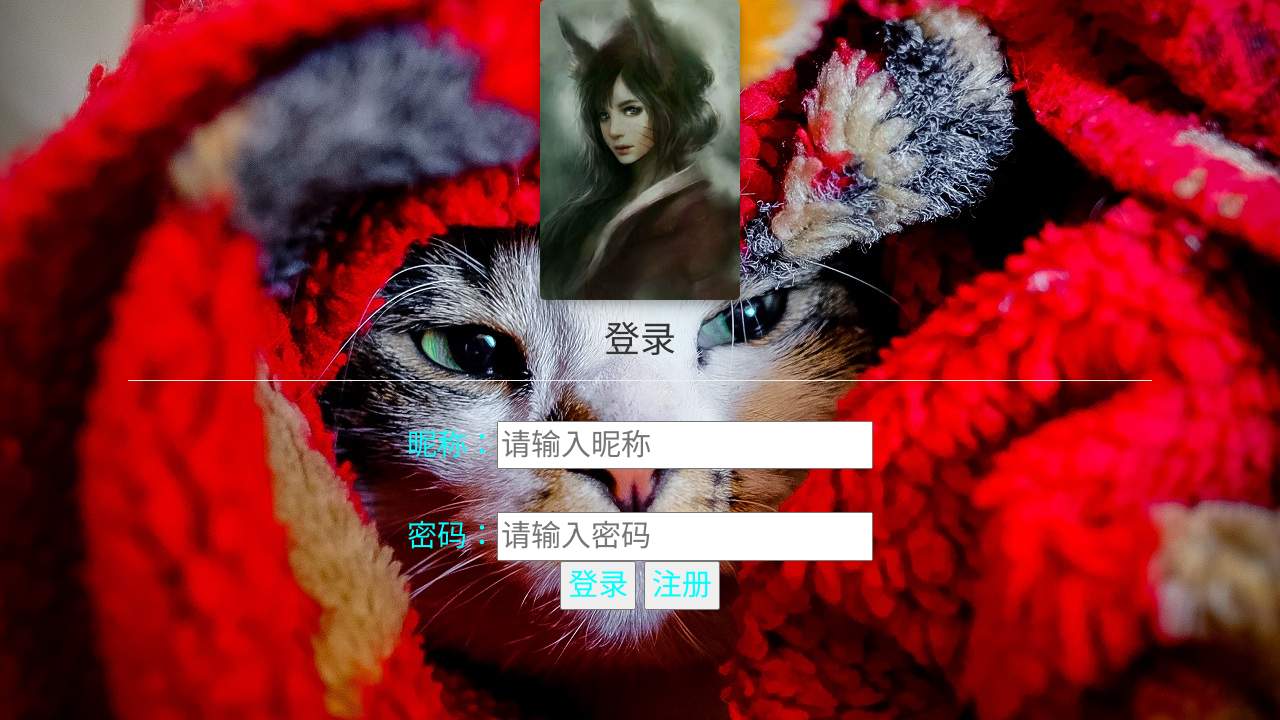
Repository: JuniorProjectTraining/free
Page: http://localhost/emss/login.jsp
An editor plug-in stored every save of this project. The page is shown before and after the next save, followed by the edit.
The browser window is 1280 px wide. The pictures show the whole page.
Some web libraries are served in a nearby version. The page is served by Tomcat 9. Other server files are loaded and not shown.

Above is the page before, as saved 2019-12-25 13:54:46.

### emss/src/main/webapp/login.jsp
<%@ page language="java" contentType="text/html; charset=UTF-8"
	pageEncoding="UTF-8"%>
<!DOCTYPE html>
<html>
<head>
<meta charset="UTF-8">
<title>Insert title here</title>

<meta http-equiv="X-UA-Compatible" content="IE=edge">
<meta name="viewport" content="width=device-width, initial-scale=1">
<!-- 上述3个meta标签*必须*放在最前面，任何其他内容都*必须*跟随其后！ -->
<script src="https://cdn.staticfile.org/jquery/1.10.2/jquery.min.js"></script>

<!-- Bootstrap -->

<link
	href="https://cdn.jsdelivr.net/npm/bootstrap@3.3.7/dist/css/bootstrap.min.css"
	rel="stylesheet">

<style type="text/css">
body {
	margin: 0;
	height: 100vh;
}

.nn, .nn input {
	font-family: "楷体";
	font-size: 30px;
	color: cyan;
}

#n {
	box-shadow: 0 4px 8px 0 rgba(0, 0, 0, 0.2), 0 6px 20px 0
		rgba(0, 0, 0, 0.19);
	width: 200px;
	height: 300px;
	border-radius: 32px;
	border-radius: 5px;
	cursor: pointer;
	transition: 0.3s;
}

#beijing {
	background-image: url(./image/parallex.jpg);
	background-size: 100%;
	background-repeat: no-repeat;
	height: 100%;
	text-align: center;
}
</style>
</head>
<body>
	<div id="beijing">
		<img id="n" src="./image/ali_27.jpeg">
		<h1 Style="text-align: center;">登录</h1>
		<hr width="80%">

		<form style="text-align: center;"
			action="${pageContext.request.contextPath }/EmpServlet?cmd=login"
			method="post">
			<br>
			<p class="nn">
				昵称：<input id="username" name="nickname" placeholder="请输入昵称" />
				<br>
				<br>
				密码：<input type="password" id="password" name="password"
					placeholder="请输入密码"/ >
					<br>
					<input type = "submit" value = "登录">
					<input type = "submit" value = "注册">
			</p>
		</form>
	</div>

	<script
		src="https://cdn.jsdelivr.net/npm/jquery@1.12.4/dist/jquery.min.js"></script>
	<!-- 加载 Bootstrap 的所有 JavaScript 插件。你也可以根据需要只加载单个插件。 -->
	<script
		src="https://cdn.jsdelivr.net/npm/bootstrap@3.3.7/dist/js/bootstrap.min.js"></script>

</body>
</html>

After the next save:
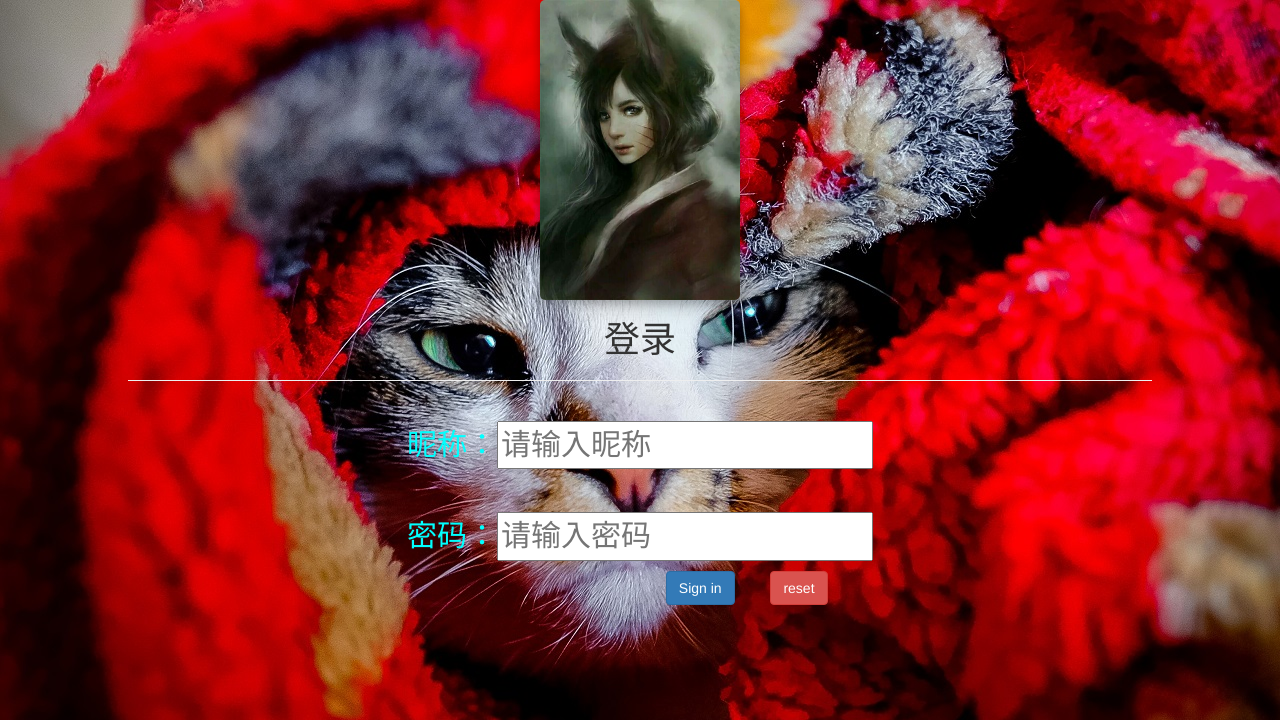
Saved 39 s later.
--- a/emss/src/main/webapp/login.jsp
+++ b/emss/src/main/webapp/login.jsp
@@ -66,8 +66,11 @@ body {
 				密码：<input type="password" id="password" name="password"
 					placeholder="请输入密码"/ >
 					<br>
-					<input type = "submit" value = "登录">
-					<input type = "submit" value = "注册">
+					<div class="col-sm-offset-2 col-sm-10">
+					<button type="submit" class="btn btn-primary">Sign in</button>
+					&emsp;&emsp;
+					<button type="reset" class="btn btn-danger">reset</button>
+				</div>
 			</p>
 		</form>
 	</div>
